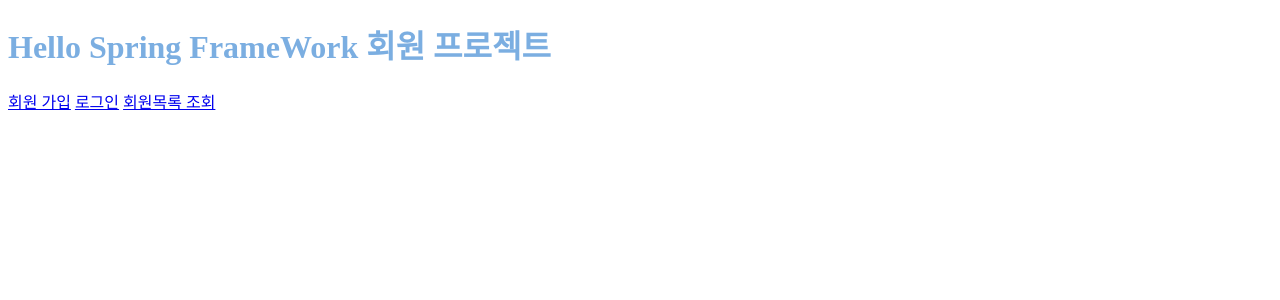
Repository: skrnldudna1/Spring
Page: http://localhost/member_framework/
An editor plug-in stored every save of this project. The page is shown before and after the next save, followed by the edit.
The browser window is 1280 px wide. The pictures show the whole page.
The page is served by Tomcat 9.

Above is the page before, as saved 2024-12-02 01:53:41.

After the next save:
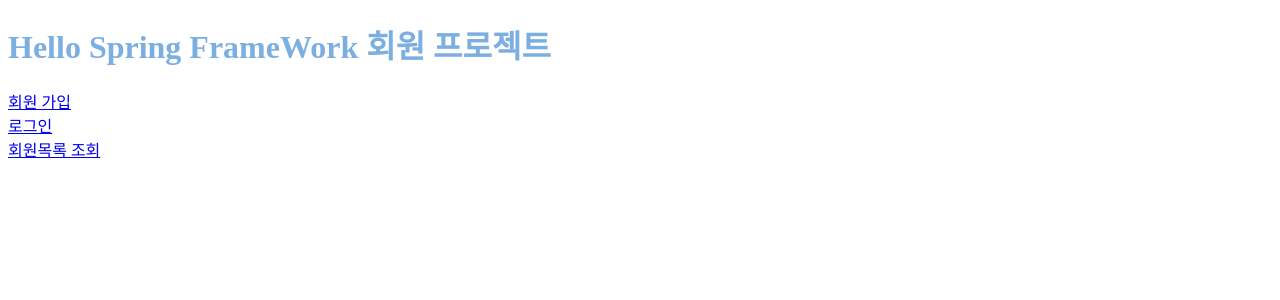
Saved 29 s later.
--- a/회원관리프로그램 실습중(ing)/member_framework/src/main/webapp/WEB-INF/views/index.jsp
+++ b/회원관리프로그램 실습중(ing)/member_framework/src/main/webapp/WEB-INF/views/index.jsp
@@ -9,8 +9,8 @@
 </head>
 <body>
 <h1 style="color: #7BAEE1;">Hello Spring FrameWork 회원 프로젝트</h1>
-<a href = "/member/save">회원 가입</a>
-<a href = "/member/login">로그인</a>
+<a href = "/member/save">회원 가입</a> <br/>
+<a href = "/member/login">로그인</a><br/>
 <a href = "/member/">회원목록 조회</a>
 
 </body>
